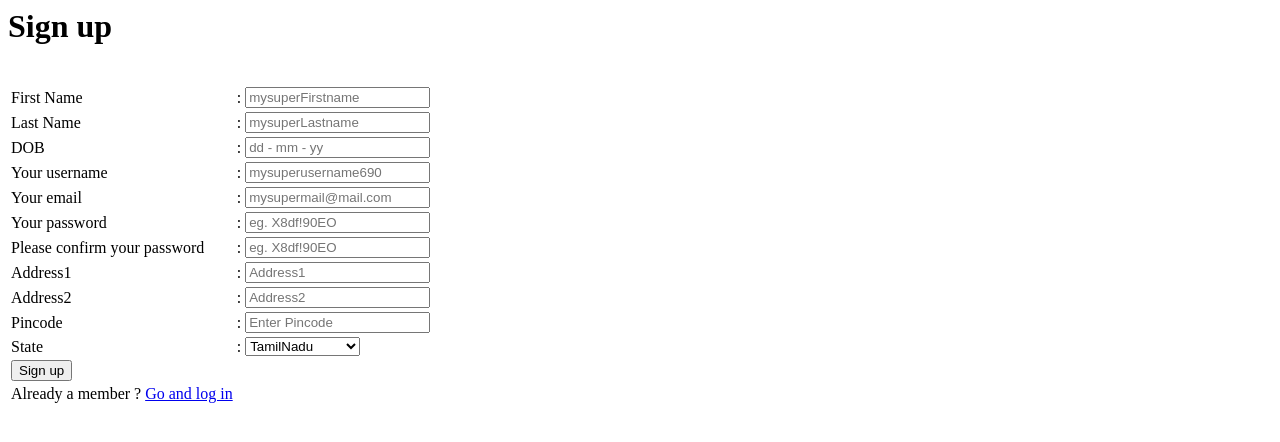
Repository: ravisudharsan/StarKart
Page: http://localhost/StarkartFrontend/WEB-INF/views/register.jsp
These files come from the project's save history. The page is drawn as it stood at one moment and after the next save; the edit follows.
The browser window is 1280 px wide. The pictures show the whole page.
The page is served by Tomcat 9. Nobody is signed in. The template is opened directly, without the code that normally fills it, so the values that code supplies are empty.

Above is the page before, as saved 2016-10-26 05:12:08.

After the next save:
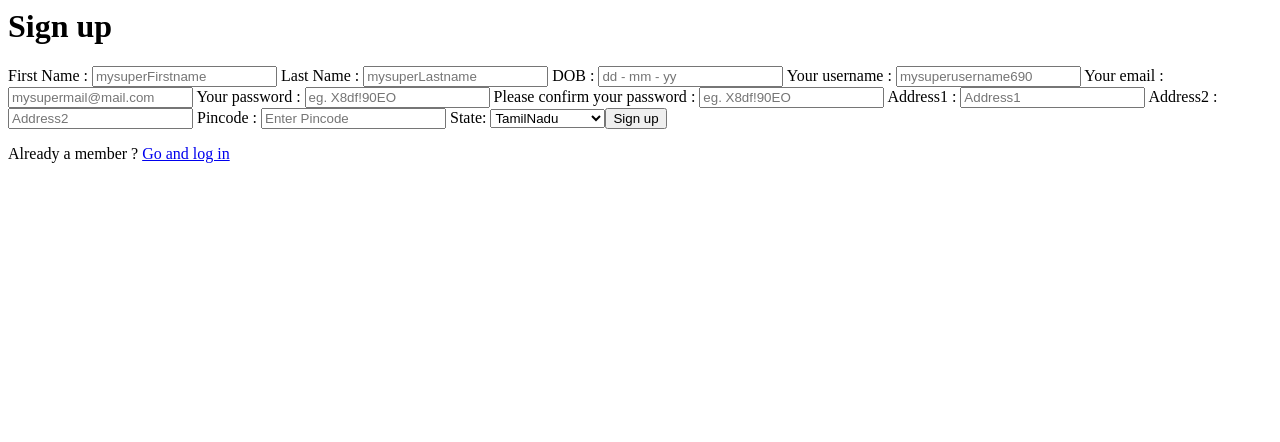
Saved 8 s later.
--- a/StarkartFrontend/src/main/webapp/WEB-INF/views/register.jsp
+++ b/StarkartFrontend/src/main/webapp/WEB-INF/views/register.jsp
@@ -1,7 +1,7 @@
 <div id="register" class="animate form"></div>
 			<form  action="mysuperscript.php" autocomplete="on"> </form>
 				<h1> Sign up </h1>
-				<table align:center>
+
 					<tr>
 
 					<td><label for="First Namesignup" class="Fname" data-icon="F">First Name</label></td>
